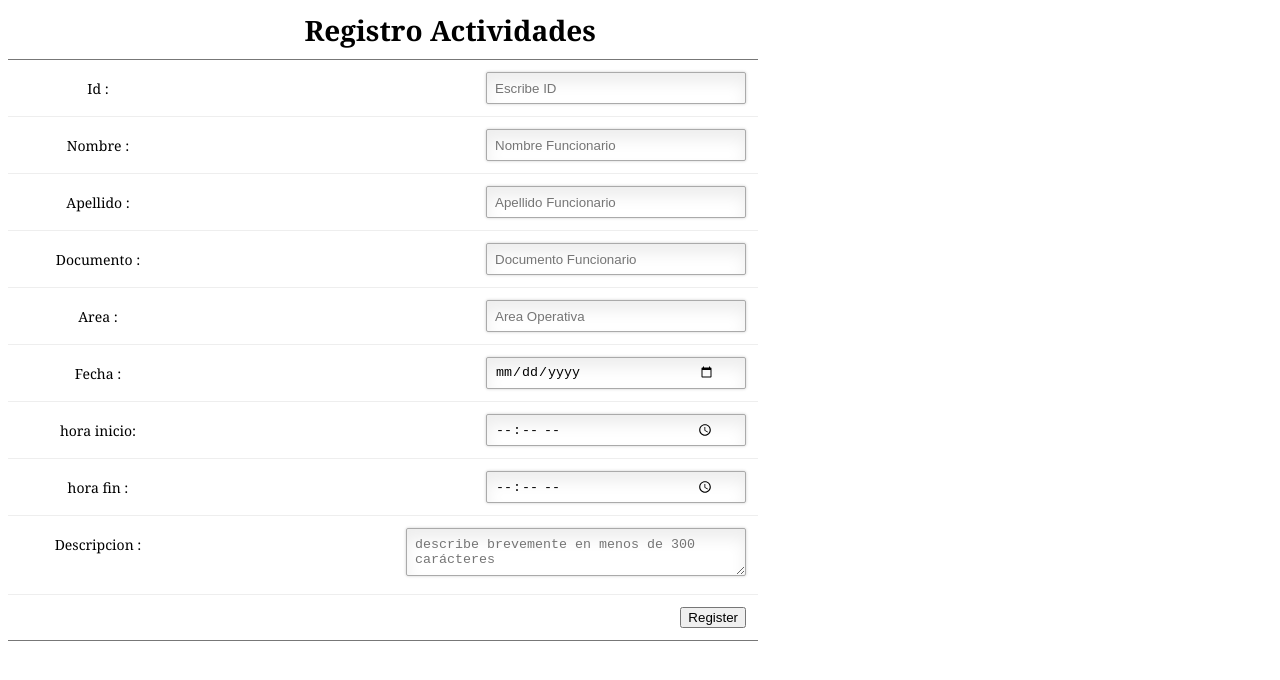
Repository: Yale2024/repo-registro-act
Page: templates/register.html
An editor plug-in stored every save of this project. The page is shown before and after the next save, followed by the edit.
The browser window is 1280 px wide. The pictures show the whole page.

Above is the page before, as saved 2024-09-15 09:02:04.

### templates/register.html
<!DOCTYPE html>
<html lang="en">

<head>
    <meta charset="UTF-8">
    <meta name="viewport" content="width=device-width, initial-scale=1.0">
    <link rel="stylesheet" href="static/css/styleRegister.css">
    <script src="static/js/appRegister.js"></script>
    <title>Web App</title>
</head>
<body></body>

    <form class="contact_form" action="/register_user" method="POST" align="right" >
    <!-- <form method="POST"> -->
        <div>
            <ul>
                <li>
                    <h1>Registro Actividades</h1>
                </li>
                <li>
                    <label for="id">Id :</label>
                    <input type="number"  size="30" name="id" id="Id" placeholder="Escribe ID" required /> <br>
                </li>
                <li>
                    <label for="nombre">Nombre :</label>
                    <input type="text" size="30" name="nombre" id="nombre" placeholder="Nombre Funcionario" required /> <br>
                </li>
                <li>
                    <label for="apellido">Apellido :</label>
                    <input type="text" size="30" name="apellido" id="apellido" placeholder="Apellido Funcionario" required /> <br>
                </li>
                <li>
                    <label for="documento">Documento  :</label>
                    <input type="number" size="30" name="documento" id="documento" placeholder="Documento Funcionario" required /> <br>
                </li>
                <li>
                    <label for="are">Area      :</label>
                    <input type ="text" size="30" name="area" id="area" placeholder="Area Operativa" required /> <br>
                </li>
                <li>
                    <label for="fecha">Fecha     :</label>
                    <input type ="date" size="30" name="fecha" id="fecha" placeholder="AAAA-MM-DD" required /> <br>
                </li>
                <li>
                    <label for="horai">hora inicio:</label>
                    <input type ="time" size="30" name="horai" id="horai" placeholder="hh:mm" required /> <br>
                </li>
                <li>
                    <label for="horaf">hora fin  :</label>
                    <input type ="time" size="30" name="horaf" id="horaf" placeholder="hh:mm" required /> <br>
                </li>
                <li>
                    <label for="mensaje">Descripcion   :</label>
                    <textarea name="descripcion" size="300" for="descripcion" placeholder="describe brevemente en menos de 300 carácteres" maxlength="300"></textarea> <br>
                </li>
                <li>
                    <button>Register</button>
                </li>
            </ul>
        </div>
        <!-- <button onclick="register_user()">Register</button> -->
        <!-- <input type="submit" name="enviar" value="enviar datos"/> -->
    </form>
</body>

### static/css/styleRegister.css
/* form{
    text-align: center;
    font-size: 30px;
}
/*
body{
    background-color: #f7bb6dea;
}

button{
    background-color: black;
    color: white;
    font-size:  20px;
} */
 /* === Remove input autofocus webkit === */
*:focus {
    outline: none;
}

/* === Form Typography === */
body {
    font: 14px/21px "Lucida Sans", "Lucida Grande", "Lucida Sans Unicode", sans-serif;
}

.contact_form h1, .contact_form label {
    font-family: Georgia, Times, "Times New Roman", serif;
    margin: 0px;
    padding: 150px;
    text-align: center;
}

/* === List Styles === */
.contact_form ul {
    width: 750px;
    list-style-type: none;
    list-style-position: outside;
    margin: 0px;
    padding: 0px;
}

.contact_form li {
    padding: 12px;
    border-bottom: 1px solid #eee;
    position: relative;
}

    .contact_form li:first-child, .contact_form li:last-child {
        border-bottom: 1px solid #777;
    }

/* === Form Header === */
.contact_form h1 {
    margin: 0;
    display: inline;
    text-align: center;
}

/* === Form Elements === */
.contact_form label {
    width: 150px;
    margin-top: 3px;
    float: left;
    padding: 3px;
}

.contact_form input {
    height: 20px;
    width: 220px;
    padding: 5px 8px;
}

.contact_form textarea {
    padding: 8px;
    width: 300px;
}

.contact_form button {
    margin-left: 156px;
}

/* form element visual styles */
.contact_form input, .contact_form textarea {
    border: 1px solid #aaa;
    box-shadow: 0px 0px 3px #ccc, 0 10px 15px #eee inset;
    border-radius: 2px;
    padding-right: 30px;
    -moz-transition: padding .25s;
    -webkit-transition: padding .25s;
    -o-transition: padding .25s;
    transition: padding .25s;
}

### static/js/appRegister.js
function register_user() {
    location.href= '/register_user'
}

After the next save:
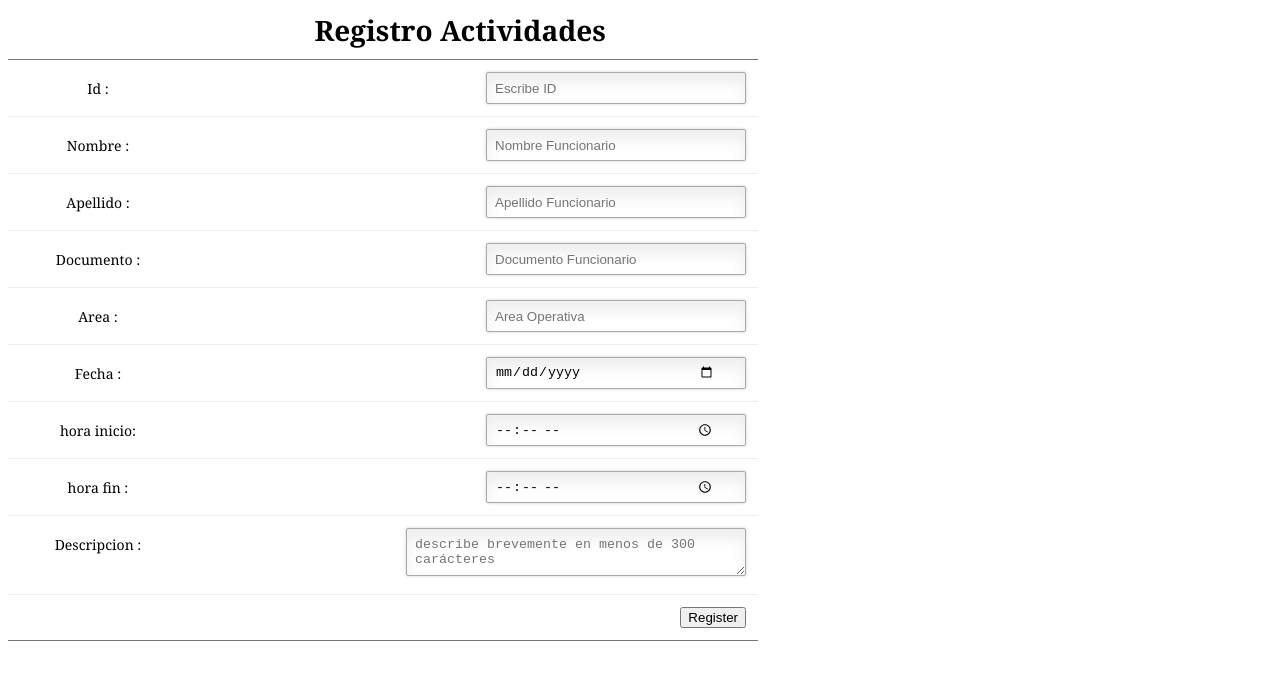
Saved 27 s later.
--- a/static/css/styleRegister.css
+++ b/static/css/styleRegister.css
@@ -25,7 +25,7 @@ body {
 .contact_form h1, .contact_form label {
     font-family: Georgia, Times, "Times New Roman", serif;
     margin: 0px;
-    padding: 150px;
+    padding: 140px;
     text-align: center;
 }
 
